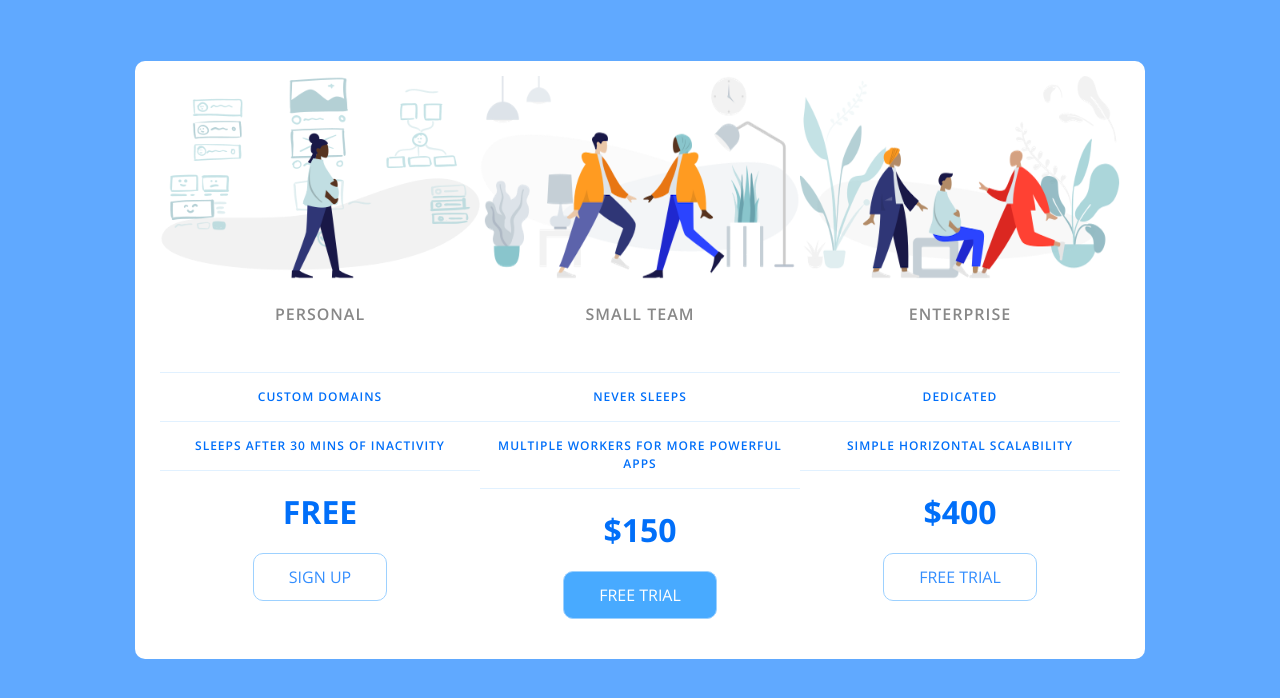
Repository: patrik-fredlund/pricing_panel_udemy
Page: PriceTableStarter/index.html
These files come from the project's save history. The page is drawn as it stood at one moment and after the next save; the edit follows.
The browser window is 1280 px wide. The pictures show the whole page.

Above is the page before, as saved 2021-06-27 14:01:18.

### PriceTableStarter/index.html
<!DOCTYPE html>
<html lang="en">

<head>
    <meta charset="UTF-8">
    <meta name="viewport" content="width=device-width, initial-scale=1.0">
    <title>Price Tiers</title>
    <link rel="stylesheet" href="https://fonts.googleapis.com/css?family=Open+Sans:400,600,700">
    <link rel="stylesheet" href="app.css">
</head>

<body>
    <div class="panel pricing-table">

        <div class="pricing-plan">
            <img src="icons/icon1.png" alt="" class="pricing-img">
            <h2 class="pricing-header">Personal</h2>
            <ul class="pricing-features">
                <li class="pricing-features-item">Custom domains</li>
                <li class="pricing-features-item">Sleeps after 30 mins of inactivity</li>
            </ul>
            <span class="pricing-price">Free</span>
            <a href="#/" class="pricing-button">Sign up</a>
        </div>

        <div class="pricing-plan">
            <img src="icons/icon2.png" alt="" class="pricing-img">
            <h2 class="pricing-header">Small team</h2>
            <ul class="pricing-features">
                <li class="pricing-features-item">Never sleeps</li>
                <li class="pricing-features-item">Multiple workers for more powerful apps</li>
            </ul>
            <span class="pricing-price">$150</span>
            <a href="#/" class="pricing-button is-featured">Free trial</a>
        </div>

        <div class="pricing-plan">
            <img src="icons/icon3.png" alt="" class="pricing-img">
            <h2 class="pricing-header">Enterprise</h2>
            <ul class="pricing-features">
                <li class="pricing-features-item">Dedicated</li>
                <li class="pricing-features-item">Simple horizontal scalability</li>
            </ul>
            <span class="pricing-price">$400</span>
            <a href="#/" class="pricing-button">Free trial</a>
        </div>

    </div>

</body>

</html>

### PriceTableStarter/app.css
/* http://meyerweb.com/eric/tools/css/reset/
   v2.0 | 20110126
   License: none (public domain)
*/

/* ---------------css reset------------------ */

html, body, div, span, applet, object, iframe,
h1, h2, h3, h4, h5, h6, p, blockquote, pre,
a, abbr, acronym, address, big, cite, code,
del, dfn, em, img, ins, kbd, q, s, samp,
small, strike, strong, sub, sup, tt, var,
b, u, i, center,
dl, dt, dd, ol, ul, li,
fieldset, form, label, legend,
table, caption, tbody, tfoot, thead, tr, th, td,
article, aside, canvas, details, embed,
figure, figcaption, footer, header, hgroup,
menu, nav, output, ruby, section, summary,
time, mark, audio, video {
	margin: 0;
	padding: 0;
	border: 0;
	font-size: 100%;
	font: inherit;
	vertical-align: baseline;
}
/* HTML5 display-role reset for older browsers */
article, aside, details, figcaption, figure,
footer, header, hgroup, menu, nav, section {
	display: block;
}
body {
	line-height: 1;
}
ol, ul {
	list-style: none;
}
blockquote, q {
	quotes: none;
}
blockquote:before, blockquote:after,
q:before, q:after {
	content: '';
	content: none;
}
table {
	border-collapse: collapse;
	border-spacing: 0;
}


/* ------------------------------------------- */

html {
    box-sizing: border-box;
    font-family: 'Open Sans', sans-serif;
}

body {
    background-color: #60a9ff;
    display: flex;
    justify-content: center;
    align-items: center;
    min-height: 100vh;
}

.panel {
    background-color: white;
    border-radius: 10px;
    padding: 15px 25px;
    width: 100%;
    max-width: 960px;
    display: flex;
    flex-direction: column;
    text-align: center;
    text-transform: uppercase;
}

.pricing-plan {
    border-bottom: 1px solid #e1f1ff;
}

.pricing-plan:last-child {
    border-bottom: none;
}

.pricing-img {
    margin-bottom: 25px;
    /* width: 100%; */
    max-width: 100%;
}

.pricing-header {
    color: #888;
    font-weight: 600;
    letter-spacing: 1px;
}

.pricing-features {
    margin: 50px 0 25px;
    color: #016ff9;
}

.pricing-features-item {
    font-weight: 600;
    letter-spacing: 1px;
    font-size: 12px;
    line-height: 1.5;
    padding: 15px 0;
    border-top: 1px solid #e1f1ff;;

}

.pricing-features-item:last-child {
    border-bottom: 1px solid #e1f1ff;;

}

.pricing-price {
    color: #016ff9;
    display: block;
    font-size: 32px;
    font-weight: 700;
}

.pricing-button {
    border: 1px solid #9dd1ff;
    border-radius: 10px;
    color: #348efe;
    display: inline-block;
    padding: 15px 35px;
    text-decoration: none ;
    margin: 25px 0;
    transition: background-color 200ms ease-in-out ;
}

.pricing-button:hover, pricing-button:focus {
background-color: #e1f1ff;
}

.pricing-button.is-featured {
    background-color: #48aaff;
    color: white ;
}

.pricing-button.is-featured:hover, .pricing-button.is-featured:focus {
    background-color: #269aff;
    color: white ;
}


@media (min-width: 960px) {
    .panel {
        flex-direction: row;
    }
    .pricing-plan {
        border-bottom: none;
    }
}

After the next save:
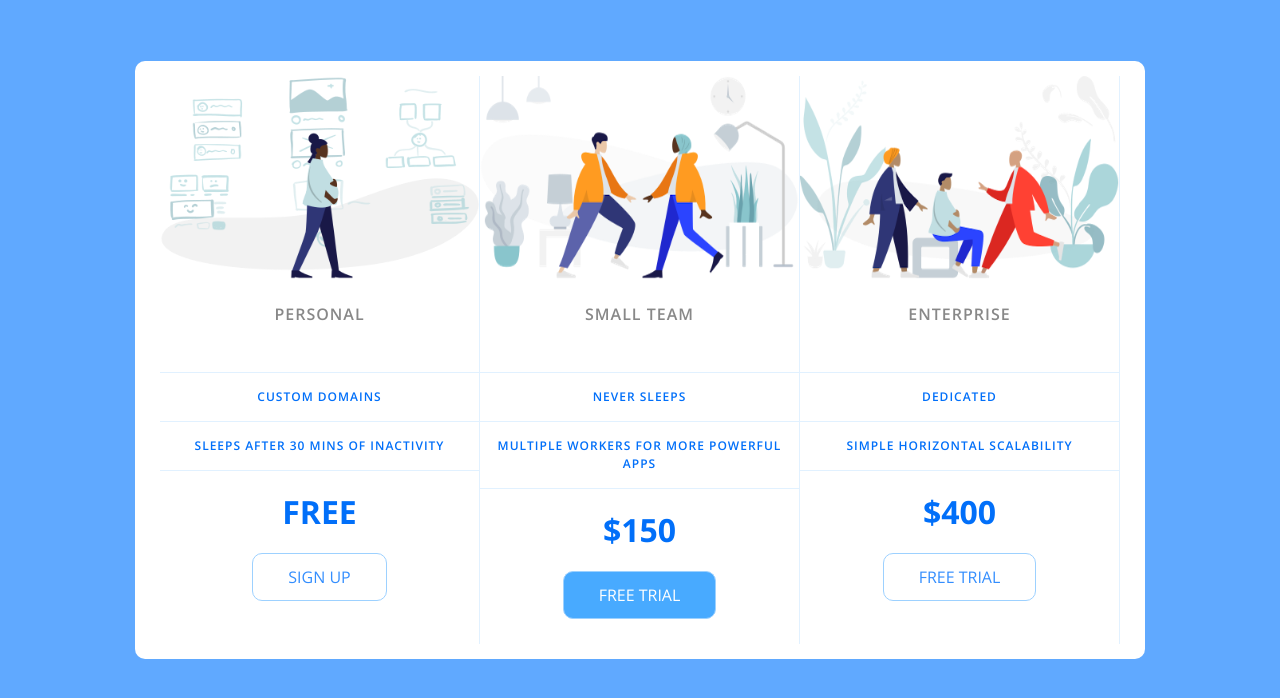
Saved 50 s later.
--- a/PriceTableStarter/app.css
+++ b/PriceTableStarter/app.css
@@ -156,5 +156,6 @@
     }
     .pricing-plan {
         border-bottom: none;
+        border-right: 1px solid #e1f1ff;
     }
 }

After the save that followed:
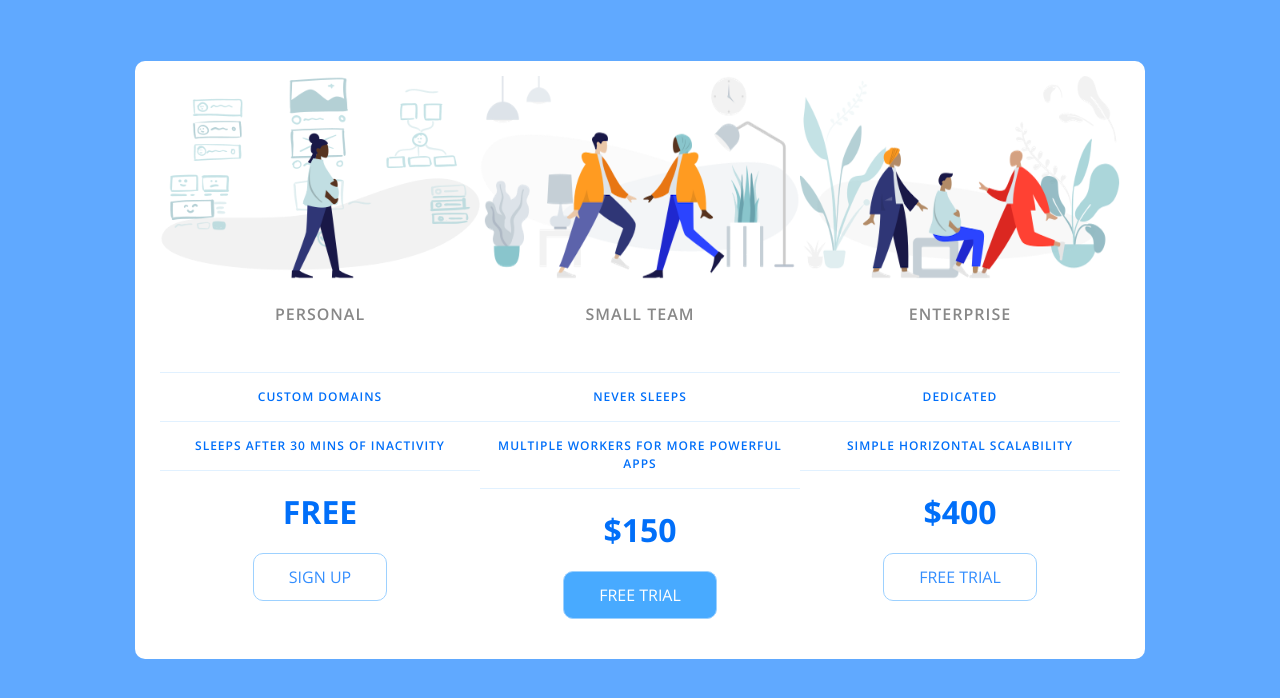
Saved 38 s later.
--- a/PriceTableStarter/app.css
+++ b/PriceTableStarter/app.css
@@ -158,4 +158,7 @@
         border-bottom: none;
         border-right: 1px solid #e1f1ff;
     }
+    .pricing-plan {
+        border-right: none;
+    }
 }
